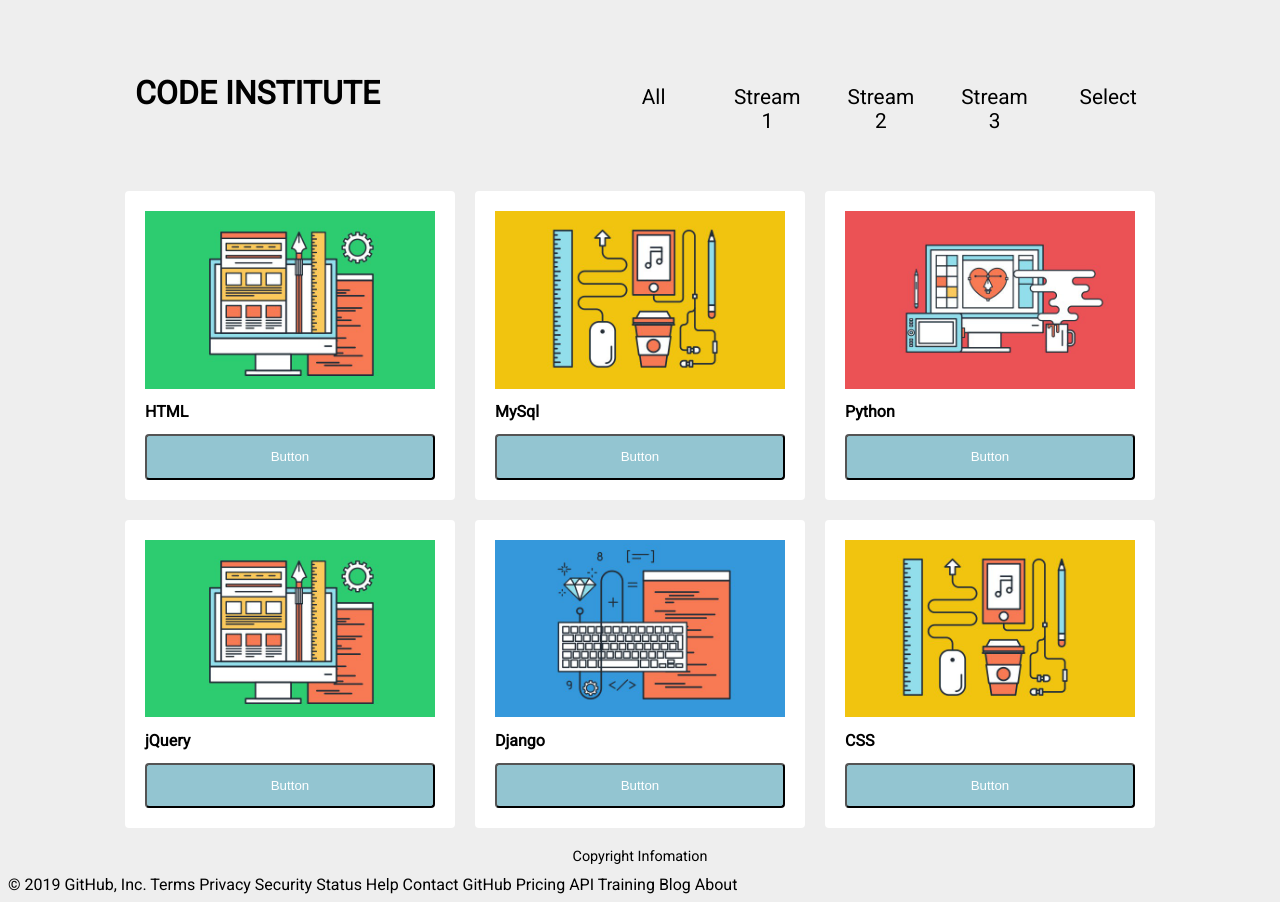
Repository: laurence100795/JQuery-Basics
Page: Traversing_sideways.html
The author's editor kept a record of every edit. The page is drawn from the files as they stood at one moment, then again after the next edit.
The browser window is 1280 px wide. The pictures show the whole page.
Some web libraries are served in a nearby version.

Above is the page before.

### Traversing_sideways.html
<!doctype html>
<html lang="en">
<head>
	<meta charset="utf-8" />
	<meta name="viewport" content="width=device-width, initial-scale=1">
	<title>jQuery</title>
	<link href="style2.css" rel="stylesheet">
	<link href='https://fonts.googleapis.com/css?family=Roboto' rel='stylesheet'>
	<link href='https://fonts.googleapis.com/css?family=Dosis' rel='stylesheet'>
</head>
<body>
	<div id="container">
		<nav>
			<ul>
				<li id="logoNav">CODE INSTITUTE</li>
				<li id="all_btn">All</li>
				<li id="stream1_btn">Stream 1</li>
				<li id="stream2_btn">Stream 2</li>
				<li id="stream3_btn">Stream 3</li>
				<li id="select_btn">Select</li>
			</ul>
		</nav>
		<div class="card stream1">
			<img class="card_image" src="img/3.png" alt="code icon">
			<div class="card_bottom">
				<h2 class="card_head" id='head1'>HTML</h2>
				<p id='para1' class="card_para">Once you join a <a href='#'>Code</a> Institute <a href='#'>Bootcamp</a> you will be taken on an accelerated contextualised learning path across 3 streams. Nothing is learned in isolation.We contextualise the content so that the knowledge and skills gained in each learning unit feeds into, and is expanded upon, within the next unit.The outputs of each stream will be a project. </p>
				<button   class="bottom_button">Button</button>
			</div>
		</div>
		<div class="card stream3">
			<img class="card_image" src="img/1.png" alt="code icon">
			<div class="card_bottom">
				<h2 class="card_head">MySql</h2>
				<p class="card_para">If you have questions about your career in coding or simply want to meet the Code Institute team, then come along to our next Careers Open Evening in Dublin</p>
				<button   class="bottom_button">Button</button>
			</div>
		</div>

		<div class="card stream2">
			<img class="card_image" src="img/2.png" alt="code icon">
			<div class="card_bottom">
				<h2 class="card_head">Python</h2>
				<p class="card_para">If you have questions about your career in coding or simply want to meet the Code Institute team, then come along to our next Careers Open Evening in Dublin</p>
				<button  class="bottom_button">Button</button>
			</div>
		</div>
		<div class="card stream1">
			<img class="card_image" src="img/3.png" alt="code icon">
			<div class="card_bottom">
				<h2 class="card_head">jQuery</h2>
				<p class="card_para">Once you join a Code Institute Bootcamp you will be taken on an accelerated contextualised learning path across 3 streams. Nothing is learned in isolation.We contextualise the content so that the knowledge and skills gained in each learning unit feeds into, and is expanded upon, within the next unit.The outputs of each stream will be a project. </p>
				<button   class="bottom_button">Button</button>
			</div>
		</div>
		<div class="card stream3">
			<img class="card_image" src="img/4.png" alt="code icon">
			<div class="card_bottom">
				<h2 class="card_head">Django</h2>
				<p class="card_para">The syllabus has been developed to help you transform your career. The summarised syllabus, below, provides you with a snapshop of what skills you will come away with. Feel free to contact us for more detail on what you will learn.</p>
				<button class="bottom_button">Button</button>
			</div>
		</div>
		<div class="card stream1">
			<img class="card_image" src="img/1.png" alt="code icon">
			<div class="card_bottom">
				<h2 class="card_head">CSS</h2>
				<p class="card_para">The syllabus has been developed to help you transform your career. The summarised syllabus, below, provides you with a snapshop of what skills you will come away with. Feel free to contact us for more detail on what you will learn.</p>
				<button class="bottom_button">Button</button>
			</div>
		</div>
		<div id="my_footer">
			<p id="copyright">Copyright Infomation</p>
		</div>
	</div>

	<script
	src="https://code.jquery.com/jquery-3.2.1.js"
	integrity="sha256-DZAnKJ/6XZ9si04Hgrsxu/8s717jcIzLy3oi35EouyE="
	crossorigin="anonymous"></script>
	<script src="js/script.js"></script> <!-- Scripts located at the bottom of the body to insure page is fully loaded before execution -->

</body>
</html>
© 2019 GitHub, Inc.
Terms
Privacy
Security
Status
Help
Contact GitHub
Pricing
API
Training
Blog
About

### style2.css
body{
	font-family: 'Roboto', sans-serif;
 	background-color: #eee;
}

h1{
	font-size: 3em;
	text-align: center;
}
h2{
	font-size: 1em;
	text-align: left;
}
p{
	font-size: .9rem;
}

div{
	border-radius: 4px;
}

.card_image{
	width: 100%;
}
.bottom_button{
	display: flex;
	box-sizing:border-box;
	border-radius: 4px;
	display: block;
	width: 100%;
	background-color:rgba(129, 187, 201,.85);
	text-align: center;
	padding: 1em .75em;
	text-decoration: none;
	color: #fff;

}

.card_bottom{
	display: flex;
	flex-flow:column;
}
.card_head{
	flex:0;
}
.card_para{
	flex:1 0 auto;
	display: none;
}

#container
{
	display: flex;		/* makes container a flexbox*/
	flex-flow: row wrap; 	/* layout the boxes in rows and wrap them*/
	box-sizing:border-box;
	margin-right:auto;
	margin-left:auto;
	max-width:1050px;
}
#logo{
	width: 800px;
	margin: auto;
}

.card{
	flex:1; /* sets equal width to cards*/
	display: flex;	/* make the contents controllable by flexbox*/
	flex-flow:column;	/* sets as a column layout*/
	min-width: 240px;
	margin: 10px;
	padding: 20px;
	background-color: #fff;
}

.pink{
    background-color:rgba(255, 192, 203,.85);
}

/*will set stream backround colour when used in jquery function*/
.highlight_stream{
	background-color: #EB5255;
}

#my_footer{
	width:100%;
	text-align: center;
}
#copyright{
	margin-top:10px;
	margin-bottom:10px;

}

/*************************
Navigation
**************************/

nav{
	font-family: roboto;
	background-color: #eee;
	margin: 30px auto;
	width: 100%;
}
ul{
	display: flex;/*creates a flew container*/
	justify-content:space-between;
	flex-flow: row;
	align-items:baseline;
	border-radius: 10px;
	list-style-type: none; /*Remove Bullets*/
	padding: 0;
}
li{
	flex:1;/*assigns width to list items*/
	height: 30px;
	padding:20px 20px 20px 20px;
	text-align: center;
	font-size: 1.3em;
}

#logoNav{
	flex:6;/*assigns larger size to the logo*/
	text-align: left;
	font-size: 2em;
	font-weight: bold;
}
/*underlines text*/
.underline{
  text-decoration:underline;
}
/*adds border*/
.border{
  border: solid 5px #ccc;
}

/*adds background-color pink*/
.highlight{
  background-color: pink;
}

@media screen and (max-width: 700px){
	ul{
		flex-flow: column;
		align-items:center;
	}
	li{
		font-size: 2em;
	}
}

### script.js
$(document).ready(function() {
    /*$("#stream1_btn").mouseenter(function() {
        $(".stream1").removeClass('highlight_stream');
        $(".stream2").removeClass('highlight_stream');
        $(".stream3").removeClass('highlight_stream');
        $(".stream1").addClass('highlight_stream');
    });
    $("#stream2_btn").click(function() {
        $(".stream1").removeClass('highlight_stream');
        $(".stream2").removeClass('highlight_stream');
        $(".stream3").removeClass('highlight_stream');
        $(".stream2").addClass('highlight_stream');
    });
    $("#stream3_btn").on("click", function() {
        $(".stream1").removeClass('highlight_stream');
        $(".stream2").removeClass('highlight_stream');
        $(".stream3").removeClass('highlight_stream');
        $(".stream3").addClass('highlight_stream');
    });*/
    $("p").mouseenter(function() {
        $(".card_para").addClass("highlight_stream")
    });
    $("p").mouseleave(function() {
        $(".card_para").removeClass("highlight_stream")
    });
    $("#hl_html").hover(function() {
        $("#hl_mysql").removeClass("highlight_blue")
        $("#hl_python").removeClass("highlight_blue")
        $("#hl_css").removeClass("highlight_blue")
        $("#hl_django").removeClass("highlight_blue")
        $("#hl_jquery").removeClass("highlight_blue")
        $("#hl_html").addClass("highlight_blue")
    });
    $("#hl_mysql").hover(function() {
        $("#hl_html").removeClass("highlight_blue")
        $("#hl_python").removeClass("highlight_blue")
        $("#hl_css").removeClass("highlight_blue")
        $("#hl_django").removeClass("highlight_blue")
        $("#hl_jquery").removeClass("highlight_blue")
        $("#hl_mysql").addClass("highlight_blue")
    });
    $("#hl_python").hover(function() {
        $("#hl_html").removeClass("highlight_blue")
        $("#hl_mysql").removeClass("highlight_blue")
        $("#hl_css").removeClass("highlight_blue")
        $("#hl_django").removeClass("highlight_blue")
        $("#hl_jquery").removeClass("highlight_blue")
        $("#hl_python").addClass("highlight_blue")
    });
    $("#hl_css").hover(function() {
        $("#hl_html").removeClass("highlight_blue")
        $("#hl_mysql").removeClass("highlight_blue")
        $("#hl_python").removeClass("highlight_blue")
        $("#hl_django").removeClass("highlight_blue")
        $("#hl_jquery").removeClass("highlight_blue")
        $("#hl_css").addClass("highlight_blue")
    });
    $("#hl_django").hover(function() {
        $("#hl_html").removeClass("highlight_blue")
        $("#hl_mysql").removeClass("highlight_blue")
        $("#hl_python").removeClass("highlight_blue")
        $("#hl_css").removeClass("highlight_blue")
        $("#hl_jquery").removeClass("highlight_blue")
        $("#hl_django").addClass("highlight_blue")
    });
    $("#hl_jquery").hover(function() {
        $("#hl_html").removeClass("highlight_blue")
        $("#hl_mysql").removeClass("highlight_blue")
        $("#hl_python").removeClass("highlight_blue")
        $("#hl_css").removeClass("highlight_blue")
        $("#hl_django").removeClass("highlight_blue")
        $("#hl_jquery").addClass("highlight_blue")
    });
    $(".bottom_button").mouseenter(function() {
        $("body").css("background-color", "black")
    });
    $(".bottom_button").mouseleave(function() {
        $("body").css("background-color", "#eee123")
    });
    $("#first_button").click(function() {
        $("#first_button").hide("slow");
    });
    $("#second_button").click(function() {
        $("#second_para").toggle("slow");
    });
    $("#third_button").click(function() {
        $("#third_para").slideToggle("slow");
    });
    $("#fourth_button").mouseenter(function() {
        $("#fourth_button").fadeTo(1000, 0.5);
    });
    $("#fourth_button").mouseleave(function() {
        $("#fourth_button").fadeTo(1000, 1);
    });


    $(".stream-nav").on("click", function() {
    // A selector to match all cards in all streams
    var allStreamsCardsSelector = ".card";
    // A selector to match just this stream's cards
    // for this, we use the class with the name of the stream,
    // which is the same as this nav link's id and then the "-card" suffix.
    var thisStreamCardsSelector = "." + this.id + "-card";

    // First remove the highlight from all of the cards
    $(allStreamsCardsSelector).removeClass("card-highlight");
    // Then apply the highlight to just this stream's cards
    $(thisStreamCardsSelector).addClass("card-highlight");
});
    $("p").on("click", function(){
	$(this).children("a").css("background-color", "yellow"); /* returns all the <a> child elements that are
		within this paragraph*/
	});
});

After the next edit:
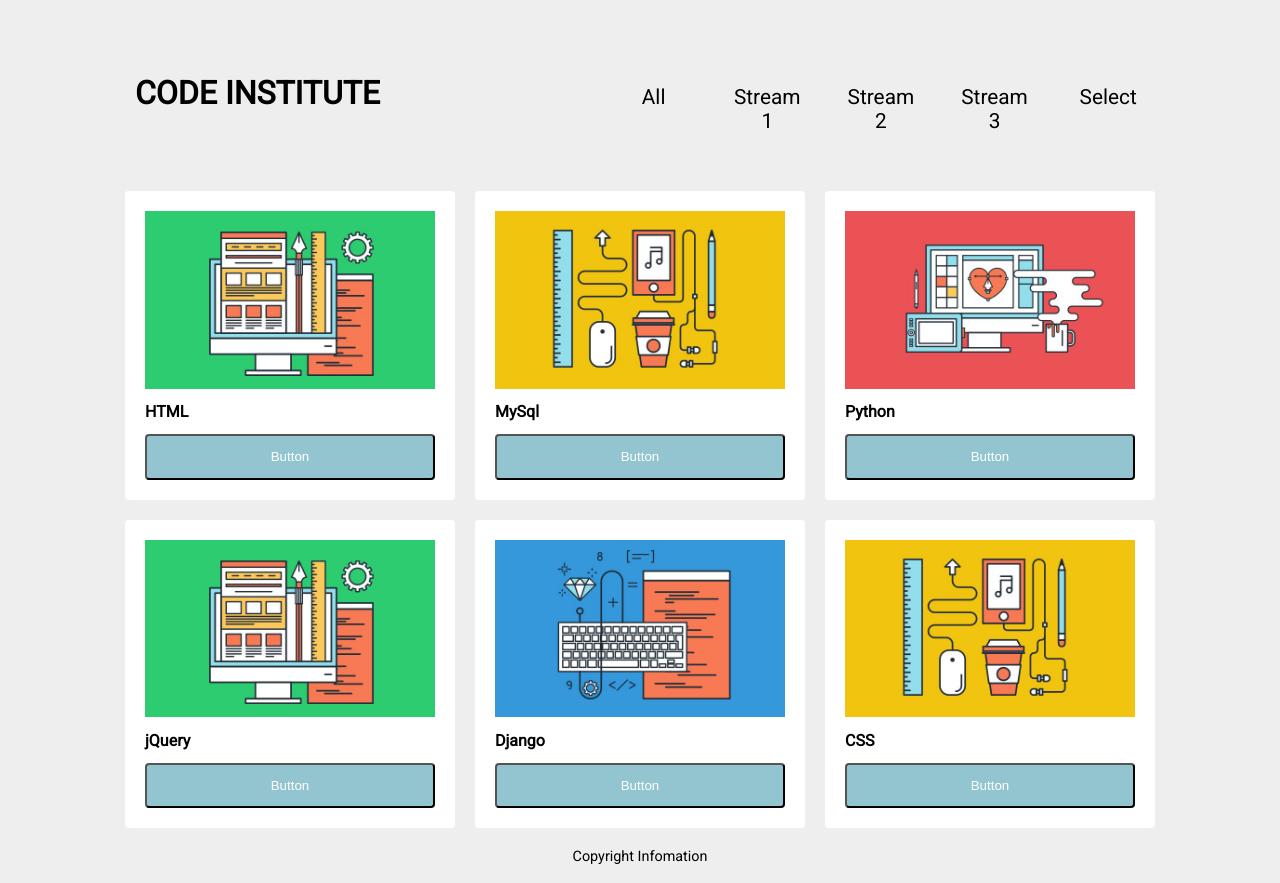
The edit:
--- a/Traversing_sideways.html
+++ b/Traversing_sideways.html
@@ -82,15 +82,3 @@
 
 </body>
 </html>
-© 2019 GitHub, Inc.
-Terms
-Privacy
-Security
-Status
-Help
-Contact GitHub
-Pricing
-API
-Training
-Blog
-About
